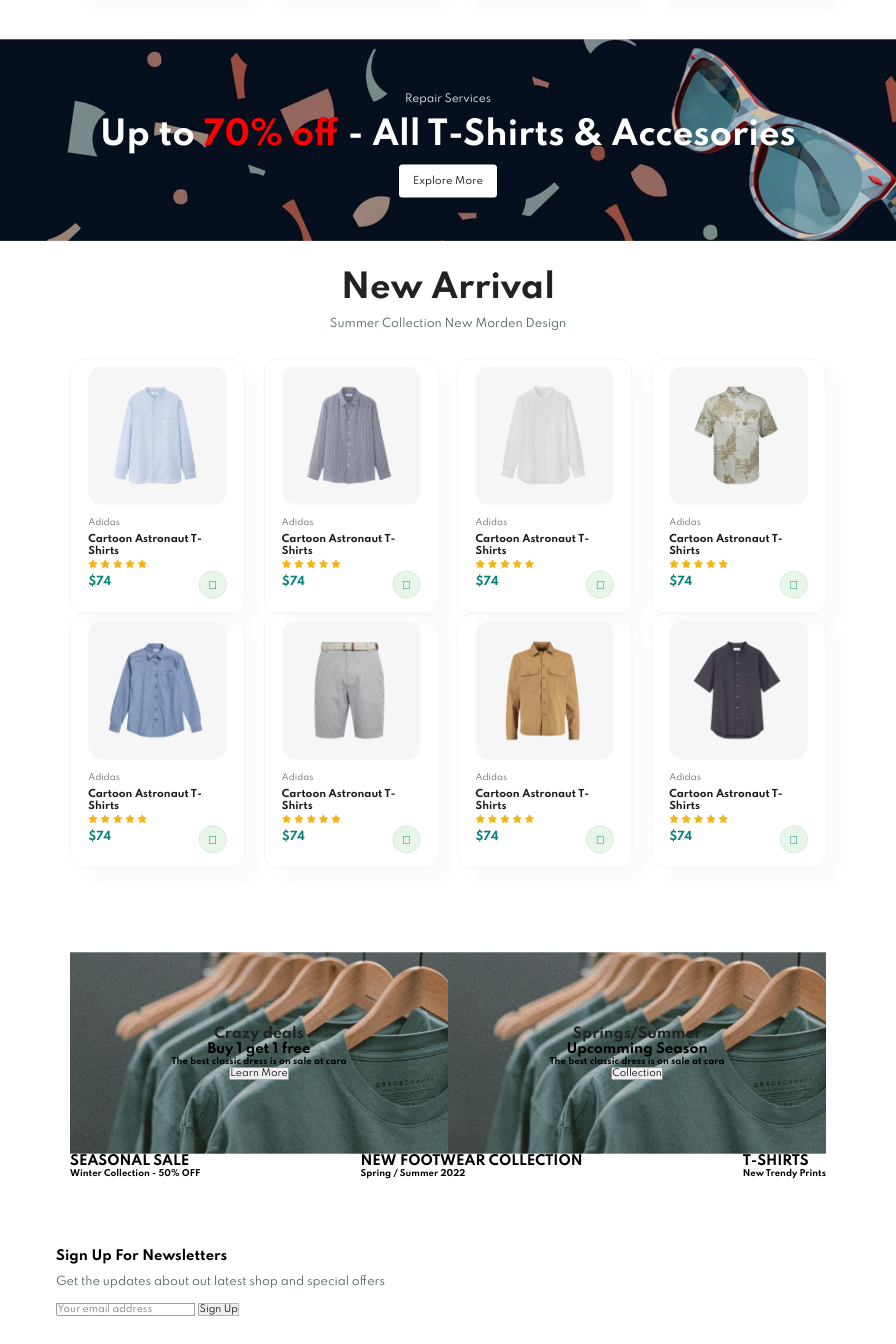
Repository: Daryllgio/E-Commerce-Website-UI
Page: index.html
An editor plug-in stored every save of this project. The page is shown before and after the next save, followed by the edit.
The browser window is 1280 px wide. The pictures show the part of the page from y = 1933 to 3853 px (the page is 3853 px tall), at 70% of full size.
Some web libraries are served in a nearby version.

Above is the page before, as saved 2024-12-31 23:10:59.

After the next save:
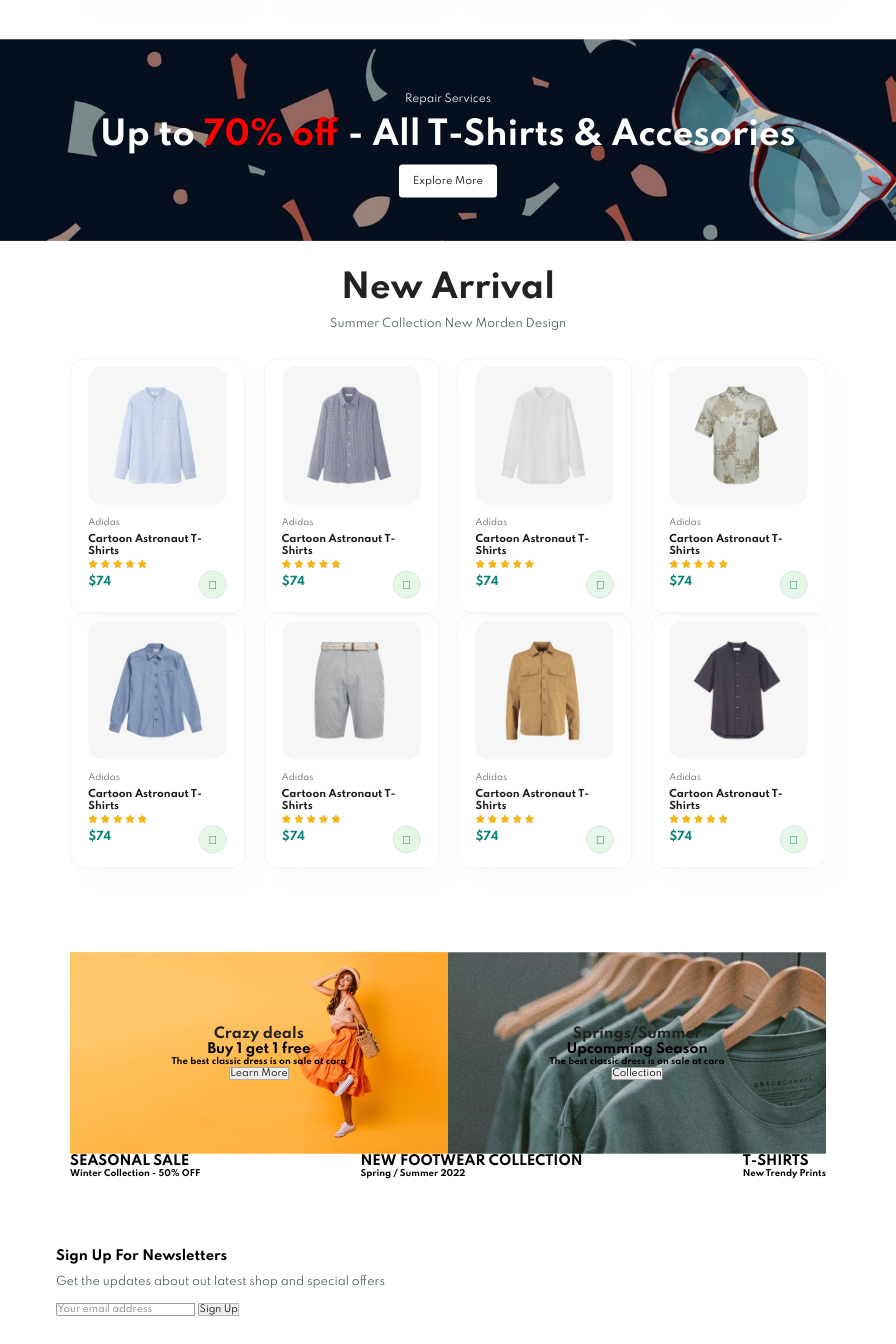
Saved 23 s later.
--- a/style.css
+++ b/style.css
@@ -318,7 +318,7 @@ body {
 }
 
 #sm-banner .banner-MainContainer .banner-Container1 .banner-box {
-  background-image: url("img/banner/b10.jpg");
+  background-image: url("img/banner/b17.jpg");
   height: 40vh;
   width: 100%;
   background-size: cover;
